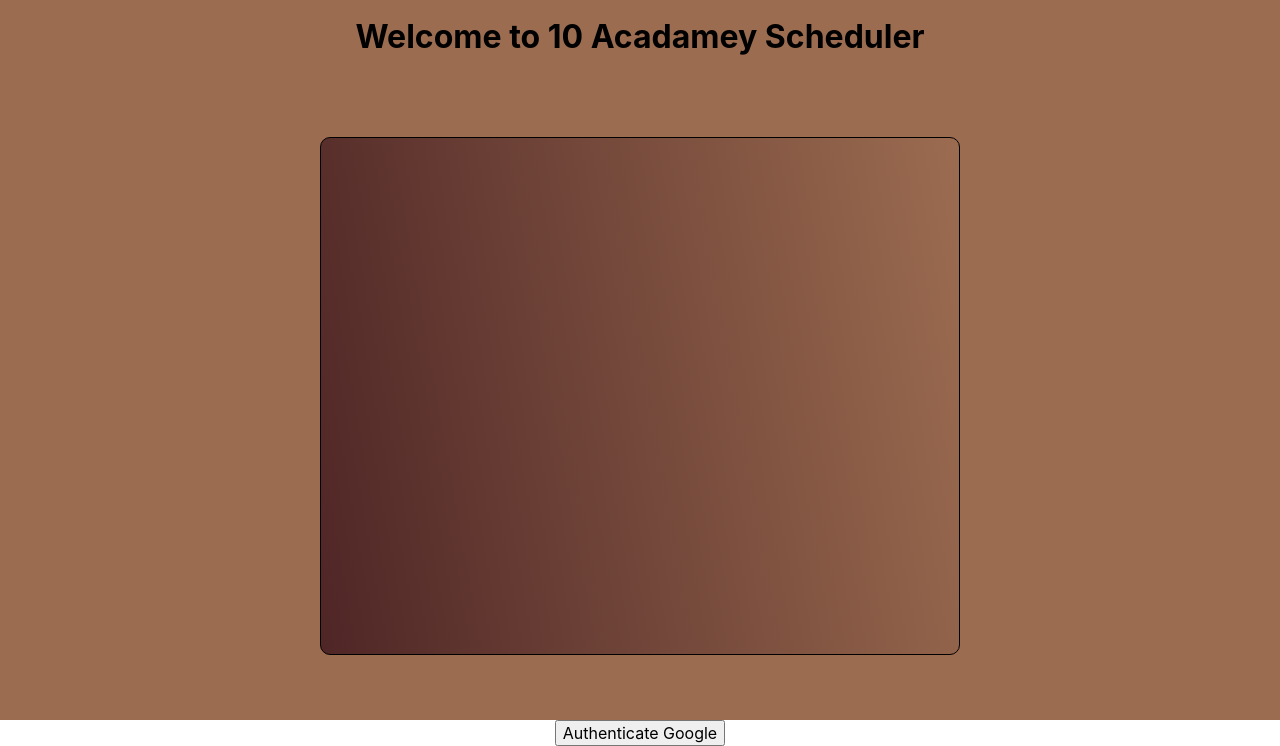
Repository: nebilarega/calendar-extractor
Page: / (app in frontend/)
The author's editor kept a copy of each file at every save. The page is drawn from the files as they stood at one save, then again after the next save.
The browser window is 1280 px wide. The pictures show the whole page.
The project was rebuilt for these pictures with package versions that can differ from the ones it lists, and the page was loaded fresh each time.

Above is the page before, as saved 2022-08-24 23:30:40.

### frontend/src/App.js
import "./App.css";
import { GoogleOAuthProvider } from "@react-oauth/google";
import { GoogleLogin } from "@react-oauth/google";
import { useState } from "react";
import axios from "axios";

import LandingPage from "./component/LandingPage";

const sampleData = {
  submmary: "Nebil this is a new event",
  description: "A chance to hear more about Google's developer products.",
  location: "800 Howard St., San Francisco, CA 94103",
  start: "August 23, 2022 8:00 AM UTC",
  end: "August 23, 2022 9:00 AM UTC",
  hangoutLink: "meet.google.com/ysb-kjdn-hpp",
};
const App = () => {
  let url;
  const [disabled, setDisabled] = useState(false);
  const responseGoogle = (response) => {
    const code = response;
    axios
      .post("/api/create-tokens", code)
      .then((response) => {
        console.log("response", response.data);
      })
      .catch((error) => {
        console.log(error);
      });
  };
  const responseError = (response) => {
    console.log(response);
  };
  const getUrl = () => {
    axios.get("/api/create-token-v2").then((response) => {
      url = response.data.url;
      if (url) {
        setDisabled(true);
      }
      window.open(url, "_blank");
    });
  };
  const handleClick = () => {
    axios.post("/api/create-events", sampleData).then((response) => {
      console.log("response", response.data);
    });
  };
  return (
    <div className="App" style={{ height: "100vh" }}>
      <LandingPage
        disabled={disabled}
        getUrl={getUrl}
        handleClick={handleClick}
      ></LandingPage>
    </div>
  );
};

export default App;

### frontend/src/App.css
.App {
  text-align: center;
}

.App-logo {
  height: 40vmin;
  pointer-events: none;
}

@media (prefers-reduced-motion: no-preference) {
  .App-logo {
    animation: App-logo-spin infinite 20s linear;
  }
}

.App-header {
  background-color: #282c34;
  min-height: 100vh;
  display: flex;
  flex-direction: column;
  align-items: center;
  justify-content: center;
  font-size: calc(10px + 2vmin);
  color: white;
}

.App-link {
  color: #61dafb;
}

@keyframes App-logo-spin {
  from {
    transform: rotate(0deg);
  }
  to {
    transform: rotate(360deg);
  }
}
.center {
  display: flex;
  justify-content: center;
  align-items: center;
}
.academy {
  width: 100%;
  height: 50vh;
  border-radius: 10px;
  display: flex;
  flex-direction: column;
  justify-content: space-between;
  align-items: center;
  /* margin-left: 10%; */
  /* margin-right: 10%; */
}
.academy-calendar {
  margin-top: 20%;
  font-size: 30px;
}

### frontend/src/component/LandingPage.js
import "../css/landing.css";

const LandingPage = ({ disabled, handleClick, getUrl }) => {
  return (
    <div className="main">
      <header className="header">
        <span className="title"> Welcome to 10 Acadamey Scheduler</span>
      </header>
      <main className="body">
        <div className="card"></div>
      </main>
      <div className="footer">
        {!disabled ? (
          <div>
            <button className="google__api" onClick={getUrl}>
              Authenticate Google
            </button>
          </div>
        ) : (
          <div>
            <button className="post__event" onClick={handleClick}>
              Post Event
            </button>
          </div>
        )}
      </div>
    </div>
  );
};

export default LandingPage;

### frontend/src/css/landing.css
/* Box sizing rules */
*,
*::before,
*::after {
  box-sizing: border-box;
}

/* Remove default margin */
body,
h1,
h2,
h3,
h4,
p,
figure,
blockquote,
dl,
dd {
  margin: 0;
}

/* Remove list styles on ul, ol elements with a list role, which suggests default styling will be removed */
ul[role="list"],
ol[role="list"] {
  list-style: none;
}

/* Set core root defaults */
html:focus-within {
  scroll-behavior: smooth;
}

/* A elements that don't have a class get default styles */
a:not([class]) {
  text-decoration-skip-ink: auto;
}

/* Make images easier to work with */
img,
picture {
  max-width: 100%;
  display: block;
}

/* Inherit fonts for inputs and buttons */
input,
button,
textarea,
select {
  font: inherit;
}

/* The remaining page */
.main {
  width: 100%;
  height: 100%;
  background-color: #9b6c50;
}
.header {
  width: 100%;
  height: 10vh;
  background-image: linear-gradient();
  background-color: "cyan";
  display: flex;
  justify-content: center;
  align-items: center;
}
.title {
  font-size: 2rem;
  font-weight: bold;
  color: "yellow";
}
.body {
  width: 100%;
  height: 90vh;
  background-color: "gray";
  display: flex;
  justify-content: center;
  align-items: center;
}
.card {
  width: 50%;
  height: 80%;
  border: 1px solid black;
  display: flex;
  border: 1px solid black;
  border-radius: 10px;
  justify-content: center;
  align-items: center;
  background-image: linear-gradient(260deg, #9b6c50 0%, #4f2626 100%);
}

Loaded but not shown: frontend/public/index.html (common file); frontend/src/index.js (common file); frontend/src/index.css (common file)

After the next save:
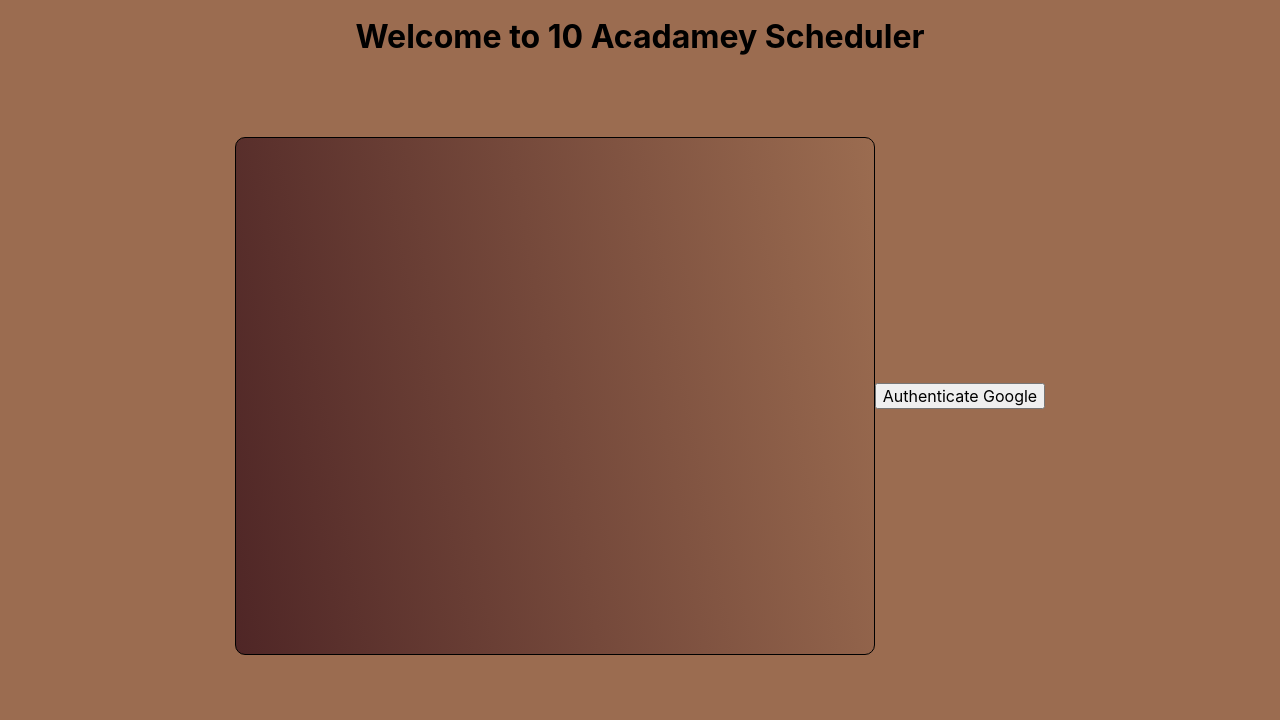
Saved 52 s later.
--- a/frontend/src/component/LandingPage.js
+++ b/frontend/src/component/LandingPage.js
@@ -8,22 +8,22 @@
       </header>
       <main className="body">
         <div className="card"></div>
+        <div className="footer">
+          {!disabled ? (
+            <div>
+              <button className="google__api" onClick={getUrl}>
+                Authenticate Google
+              </button>
+            </div>
+          ) : (
+            <div>
+              <button className="post__event" onClick={handleClick}>
+                Post Event
+              </button>
+            </div>
+          )}
+        </div>
       </main>
-      <div className="footer">
-        {!disabled ? (
-          <div>
-            <button className="google__api" onClick={getUrl}>
-              Authenticate Google
-            </button>
-          </div>
-        ) : (
-          <div>
-            <button className="post__event" onClick={handleClick}>
-              Post Event
-            </button>
-          </div>
-        )}
-      </div>
     </div>
   );
 };
